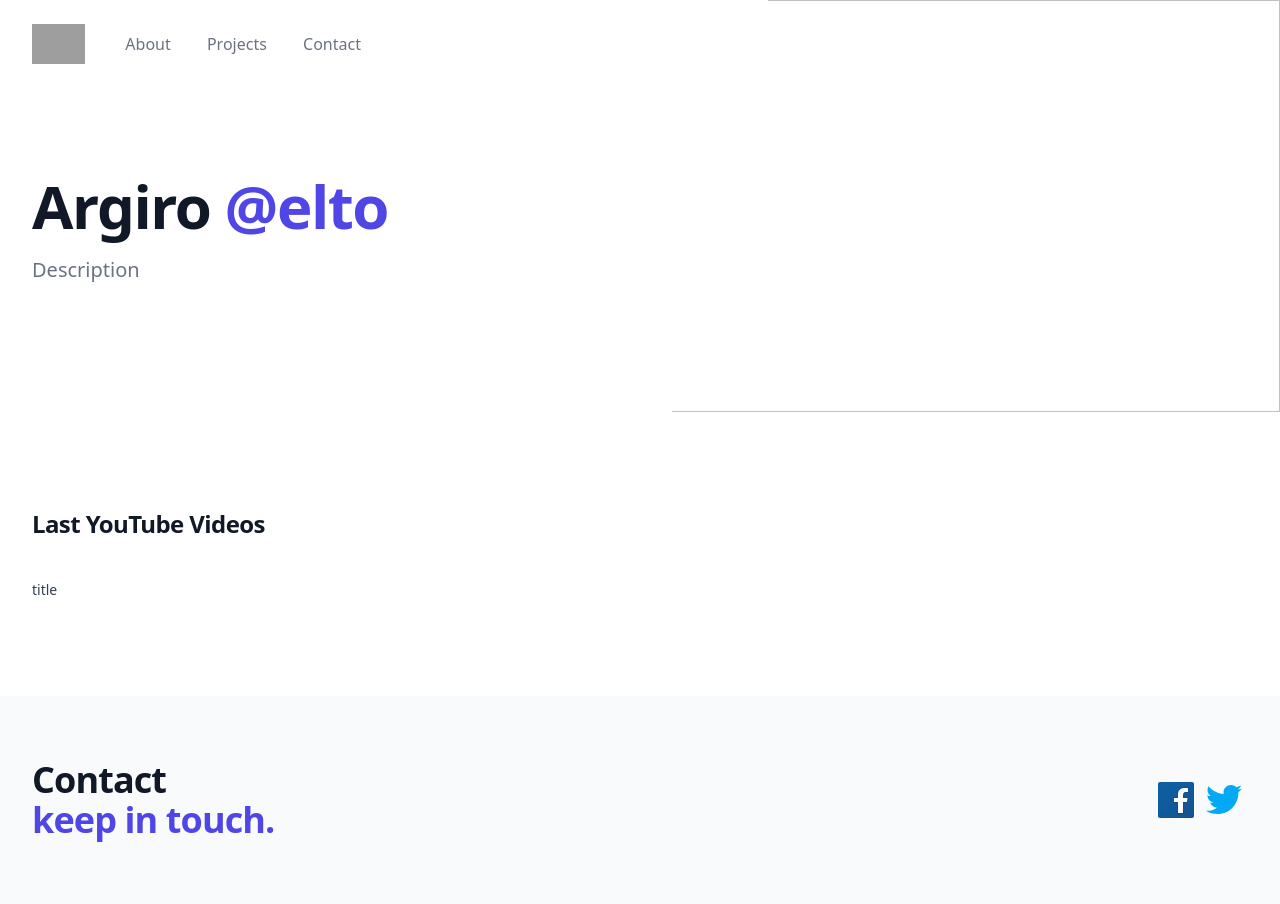
Repository: elto82/async_landing
Page: src/index.html
These files come from the project's save history. The page is drawn as it stood at one moment and after the next save; the edit follows.
The browser window is 1280 px wide. The pictures show the whole page.
Pictures or frames that could not be fetched are drawn as grey boxes. Some web libraries are served in a nearby version.

Above is the page before, as saved 2022-06-30 19:56:22.

### src/index.html
<!doctype html>
<html>

<head>
  <meta charset="UTF-8">
  <meta name="viewport" content="width=device-width, initial-scale=1.0">
  <script src="https://cdn.tailwindcss.com"></script>
</head>

<body>
  <div class="relative bg-white overflow-hidden">
    <div class="max-w-7xl mx-auto">
      <div class="relative z-10 pb-8 bg-white sm:pb-16 md:pb-20 lg:max-w-2xl lg:w-full lg:pb-28 xl:pb-32">
        <svg class="hidden lg:block absolute right-0 inset-y-0 h-full w-48 text-white transform translate-x-1/2"
          fill="currentColor" viewBox="0 0 100 100" preserveAspectRatio="none" aria-hidden="true">
          <polygon points="50,0 100,0 50,100 0,100" />
        </svg>
        <div>
          <div class="relative pt-6 px-4 sm:px-6 lg:px-8">
            <nav class="relative flex items-center justify-between sm:h-10 lg:justify-start" aria-label="Global">
              <div class="flex items-center flex-grow flex-shrink-0 lg:flex-grow-0">
                <div class="flex items-center justify-between w-full md:w-auto">
                  <a href="#">
                    <span class="sr-only">Title</span>
                    <img class="h-8 w-auto sm:h-10" src="https://tailwindui.com/img/logos/workflow-mark-indigo-600.svg">
                  </a>
                </div>
              </div>
              <div class="hidden md:block md:ml-10 md:pr-4 md:space-x-8">
                <a href="#" class="font-medium text-gray-500 hover:text-gray-900">About</a>
                <a href="#" class="font-medium text-gray-500 hover:text-gray-900">Projects</a>
                <a href="#" class="font-medium text-gray-500 hover:text-gray-900">Contact</a>
              </div>
            </nav>
          </div>
        </div>

        <main class="mt-10 mx-auto max-w-7xl px-4 sm:mt-12 sm:px-6 md:mt-16 lg:mt-20 lg:px-8 xl:mt-28">
          <div class="sm:text-center lg:text-left">
            <h1 class="text-4xl tracking-tight font-extrabold text-gray-900 sm:text-5xl md:text-6xl">
              <span class="block xl:inline">Argiro</span>
              <span class="block text-indigo-600 xl:inline">@elto</span>
            </h1>
            <p
              class="mt-3 text-base text-gray-500 sm:mt-5 sm:text-lg sm:max-w-xl sm:mx-auto md:mt-5 md:text-xl lg:mx-0">
              Description</p>
          </div>
        </main>
      </div>
    </div>
    <div class="lg:absolute lg:inset-y-0 lg:right-0 lg:w-1/2">
      <img class="h-56 w-full object-cover sm:h-72 md:h-96 lg:w-full lg:h-full"
        src="" alt="">
    </div>
  </div>
  <div class="bg-white">
    <div class="max-w-2xl mx-auto py-16 px-4 sm:py-24 sm:px-6 lg:max-w-7xl lg:px-8">
      <h2 class="text-2xl font-extrabold tracking-tight text-gray-900">Last YouTube Videos</h2>
      <div class="mt-6 grid grid-cols-1 gap-y-10 gap-x-6 sm:grid-cols-2 lg:grid-cols-4 xl:gap-x-8">
        <!-- content -->
        <div class="group relative">
          <div
            class="w-full bg-gray-200 aspect-w-1 aspect-h-1 rounded-md overflow-hidden group-hover:opacity-75 lg:aspect-none">
            <img src="" alt="" class="w-full">
          </div>
          <div class="mt-4 flex justify-between">
            <h3 class="text-sm text-gray-700">
              <span aria-hidden="true" class="absolute inset-0"></span>
              title
            </h3>
          </div>
        </div>
      </div>
    </div>
  </div>
  <div class="bg-gray-50">
    <div class="max-w-7xl mx-auto py-12 px-4 sm:px-6 lg:py-16 lg:px-8 lg:flex lg:items-center lg:justify-between">
      <h2 class="text-3xl font-extrabold tracking-tight text-gray-900 sm:text-4xl">
        <span class="block">Contact</span>
        <span class="block text-indigo-600">keep in touch.</span>
      </h2>
      <div class="mt-8 flex lg:mt-0 lg:flex-shrink-0">
        <svg xmlns="http://www.w3.org/2000/svg" x="0px" y="0px" width="48" height="48" viewBox="0 0 48 48"
          style=" fill:#000000;">
          <linearGradient id="awSgIinfw5_FS5MLHI~A9a_yGcWL8copNNQ_gr1" x1="6.228" x2="42.077" y1="4.896" y2="43.432"
            gradientUnits="userSpaceOnUse">
            <stop offset="0" stop-color="#0d61a9"></stop>
            <stop offset="1" stop-color="#16528c"></stop>
          </linearGradient>
          <path fill="url(#awSgIinfw5_FS5MLHI~A9a_yGcWL8copNNQ_gr1)"
            d="M42,40c0,1.105-0.895,2-2,2H8c-1.105,0-2-0.895-2-2V8c0-1.105,0.895-2,2-2h32	c1.105,0,2,0.895,2,2V40z">
          </path>
          <path
            d="M25,38V27h-4v-6h4v-2.138c0-5.042,2.666-7.818,7.505-7.818c1.995,0,3.077,0.14,3.598,0.208	l0.858,0.111L37,12.224L37,17h-3.635C32.237,17,32,18.378,32,19.535V21h4.723l-0.928,6H32v11H25z"
            opacity=".05"></path>
          <path
            d="M25.5,37.5v-11h-4v-5h4v-2.638c0-4.788,2.422-7.318,7.005-7.318c1.971,0,3.03,0.138,3.54,0.204	l0.436,0.057l0.02,0.442V16.5h-3.135c-1.623,0-1.865,1.901-1.865,3.035V21.5h4.64l-0.773,5H31.5v11H25.5z"
            opacity=".07"></path>
          <path fill="#fff"
            d="M33.365,16H36v-3.754c-0.492-0.064-1.531-0.203-3.495-0.203c-4.101,0-6.505,2.08-6.505,6.819V22h-4v4	h4v11h5V26h3.938l0.618-4H31v-2.465C31,17.661,31.612,16,33.365,16z">
          </path>
        </svg>
        <svg xmlns="http://www.w3.org/2000/svg" x="0px" y="0px" width="48" height="48" viewBox="0 0 48 48"
          style=" fill:#000000;">
          <path fill="#03A9F4"
            d="M42,12.429c-1.323,0.586-2.746,0.977-4.247,1.162c1.526-0.906,2.7-2.351,3.251-4.058c-1.428,0.837-3.01,1.452-4.693,1.776C34.967,9.884,33.05,9,30.926,9c-4.08,0-7.387,3.278-7.387,7.32c0,0.572,0.067,1.129,0.193,1.67c-6.138-0.308-11.582-3.226-15.224-7.654c-0.64,1.082-1,2.349-1,3.686c0,2.541,1.301,4.778,3.285,6.096c-1.211-0.037-2.351-0.374-3.349-0.914c0,0.022,0,0.055,0,0.086c0,3.551,2.547,6.508,5.923,7.181c-0.617,0.169-1.269,0.263-1.941,0.263c-0.477,0-0.942-0.054-1.392-0.135c0.94,2.902,3.667,5.023,6.898,5.086c-2.528,1.96-5.712,3.134-9.174,3.134c-0.598,0-1.183-0.034-1.761-0.104C9.268,36.786,13.152,38,17.321,38c13.585,0,21.017-11.156,21.017-20.834c0-0.317-0.01-0.633-0.025-0.945C39.763,15.197,41.013,13.905,42,12.429">
          </path>
        </svg>
      </div>
    </div>
  </div>
</body>

</html>

After the next save:
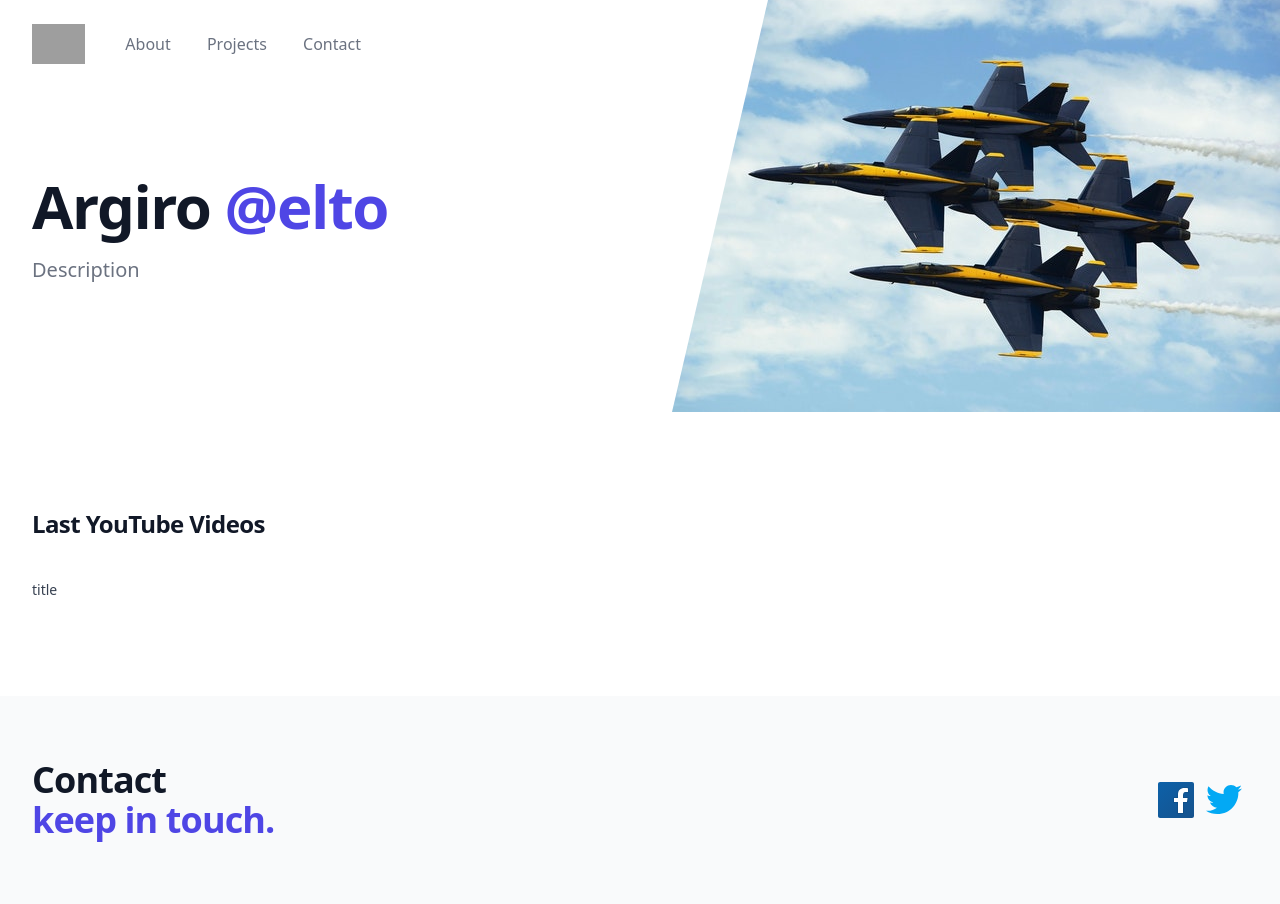
Saved 36 s later.
--- a/src/index.html
+++ b/src/index.html
@@ -50,7 +50,7 @@
     </div>
     <div class="lg:absolute lg:inset-y-0 lg:right-0 lg:w-1/2">
       <img class="h-56 w-full object-cover sm:h-72 md:h-96 lg:w-full lg:h-full"
-        src="" alt="">
+        src="../image/pexels-pixabay-372797.jpg" alt="">
     </div>
   </div>
   <div class="bg-white">
